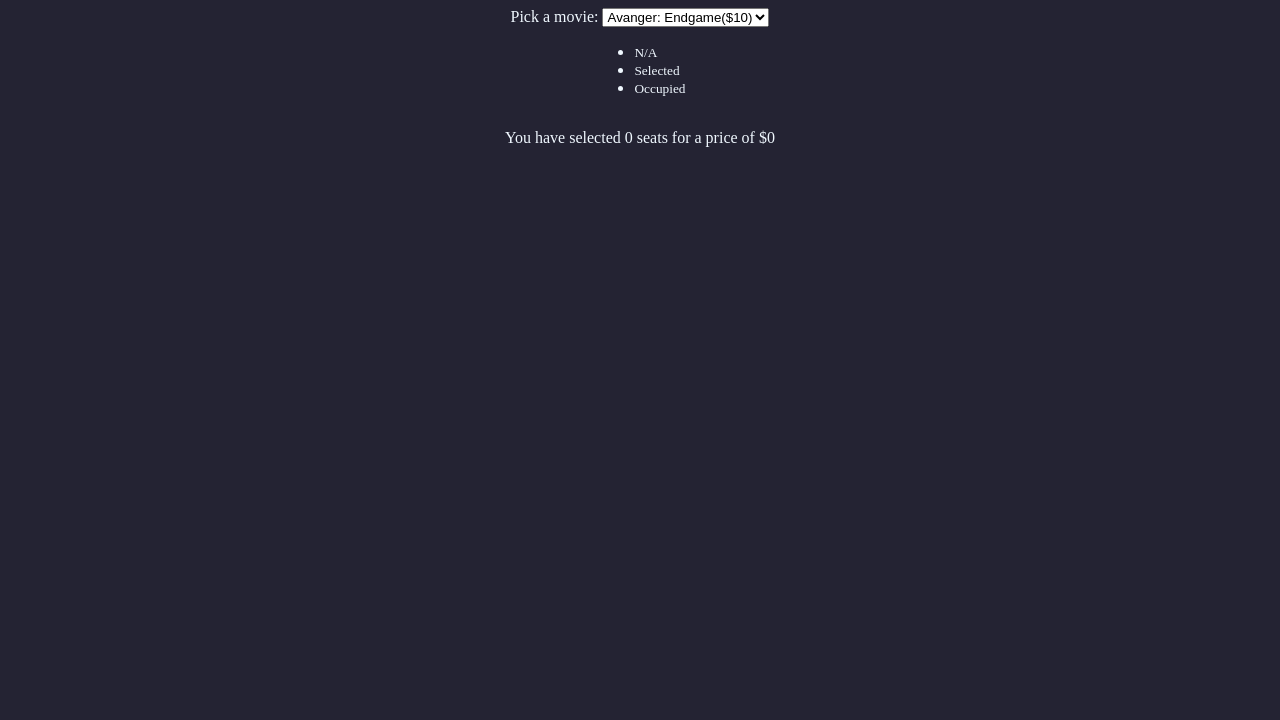
Repository: atko87/Movie-seat-Booking
Page: index.html
These files come from the project's save history. The page is drawn as it stood at one moment and after the next save; the edit follows.
The browser window is 1280 px wide. The pictures show the whole page.

Above is the page before, as saved 2020-03-08 13:47:40.

After the next save:
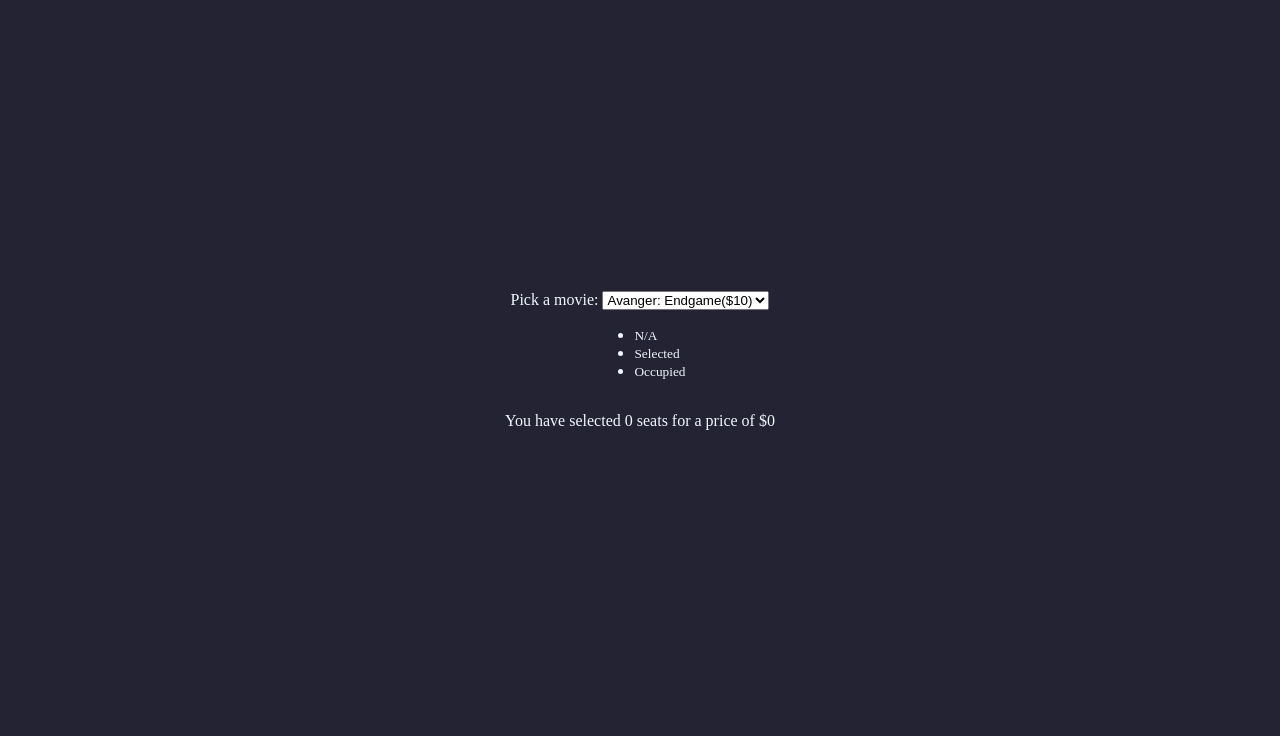
Saved 18 s later.
--- a/style.css
+++ b/style.css
@@ -10,4 +10,6 @@
   display: flex;
   flex-direction: column;
   align-items: center;
+  justify-content: center;
+  height: 100vh;
 }
